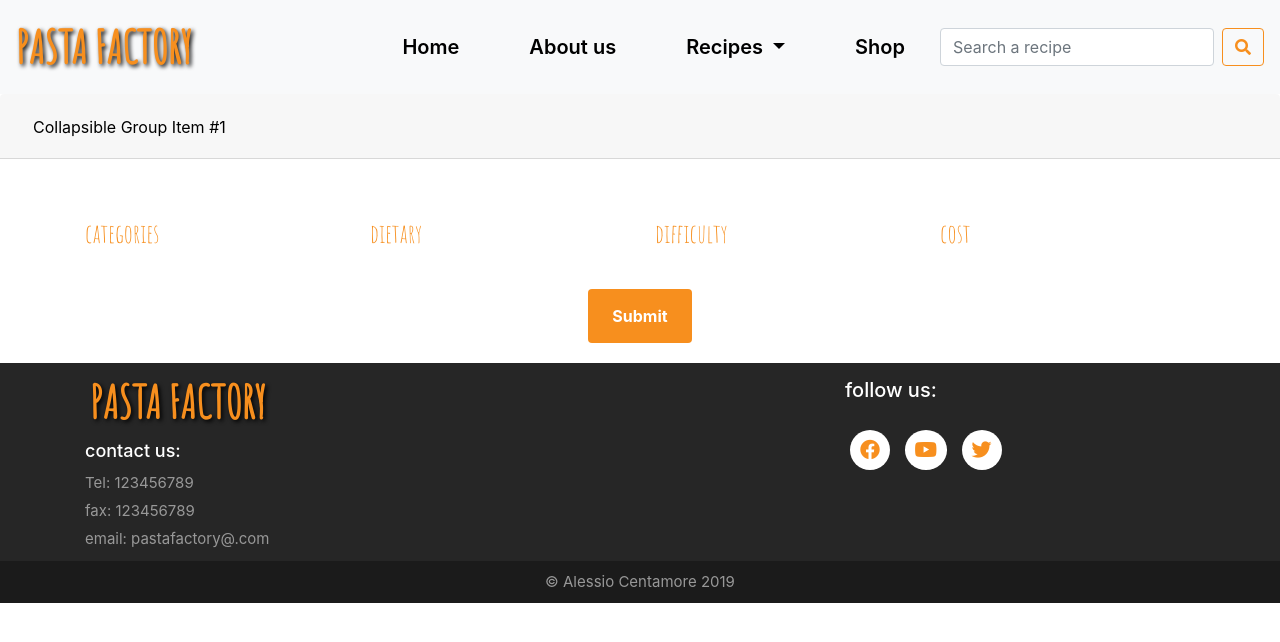
Repository: Baal89/recipe-app
Page: http://localhost/get_recipes
The author's editor kept a record of every edit. The page is drawn from the files as they stood at one moment, then again after the next edit.
The browser window is 1280 px wide. The pictures show the whole page.
Some web libraries are served in a nearby version. The page is served by the project's application, run on Flask 3 (app.py). Queries for data that is not in the repository find no rows.

Above is the page before.
Console error: TypeError: $(...).tooltip is not a function

After the next edit:
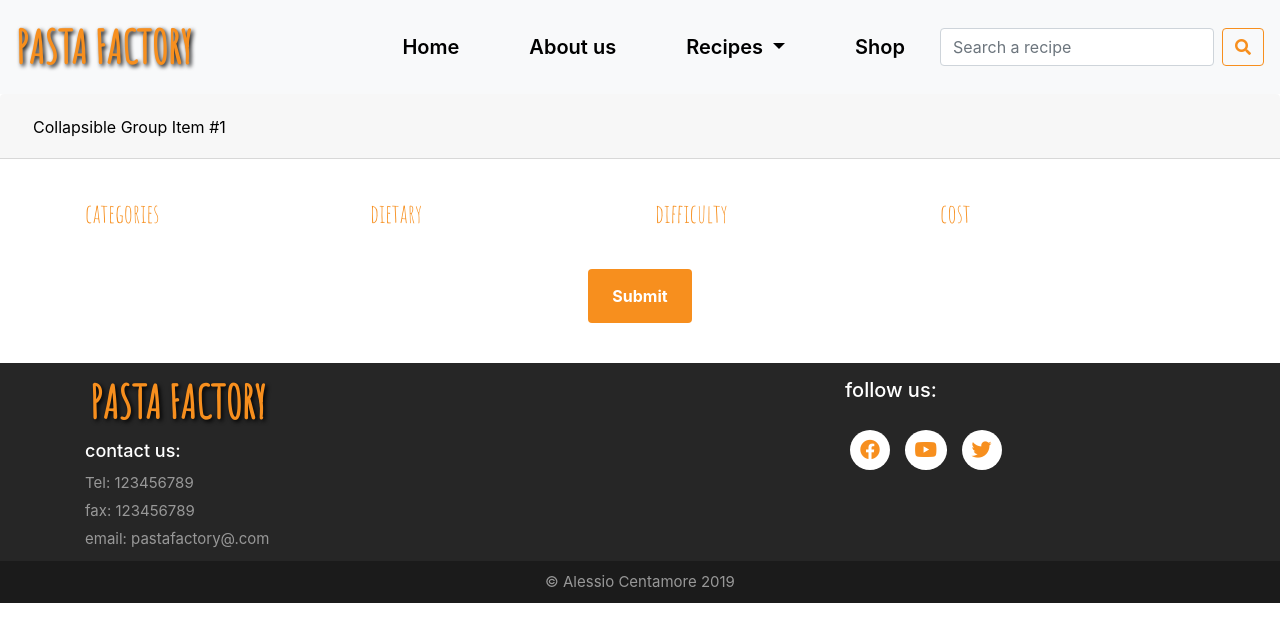
The edit:
--- a/templates/recipes.html
+++ b/templates/recipes.html
@@ -14,66 +14,66 @@
 
             <div id="collapseOne" class="collapse show" aria-labelledby="headingOne" data-parent="#accordionExample">
                 <div class="card-body">
+                    <div class="container">
+                        <form method="POST" action="{{url_for('filter_recipes') }}">
+                            <div class="row">
+                                <div class="col-md-3 col-6">
+                                    <h5 class="filter-header">categories</h5>
 
+                                    {% for category in categories %}
+
+                                    <div class="form-group form-check">
+                                        <input type="checkbox" class="form-check-input" id="exampleCheck1" name="category_name" value="{{category.category_name}}">
+                                        <label class="form-check-label" for="exampleCheck1">{{category.category_name}}</label>
+                                    </div>
+
+                                    {% endfor %}
+                                </div>
+                                <div class="col-md-3 col-6">
+                                    <h5 class="filter-header">dietary</h5>
+
+                                    {% for type in types %}
+
+                                    <div class="form-group form-check">
+                                        <input type="checkbox" class="form-check-input" id="exampleCheck1" name="type_name" value="{{type.name}}">
+                                        <label class="form-check-label" for="exampleCheck1">{{type.name}}</label>
+                                    </div>
+
+                                    {% endfor %}
+                                </div>
+                                <div class="col-md-3 col-6">
+                                    <h5 class="filter-header">difficulty</h5>
+
+                                    {% for difficult in difficulties %}
+
+                                    <div class="form-group form-check">
+                                        <input type="checkbox" class="form-check-input" id="exampleCheck1" name="difficult_level" value="{{difficult.level}}">
+                                        <label class="form-check-label" for="exampleCheck1">{{difficult.level}}</label>
+                                    </div>
+
+                                    {% endfor %}
+                                </div>
+                                <div class="col-md-3 col-6">
+                                    <h5 class="filter-header">cost</h5>
+                                    {% for price in prices %}
+
+                                    <div class="form-group form-check">
+                                        <input type="checkbox" class="form-check-input" id="exampleCheck1" name="price_amount" value="{{price.amount}}">
+                                        <label class="form-check-label" for="exampleCheck1">{{price.amount}}</label>
+                                    </div>
+
+                                    {% endfor %}
+                                </div>
+                            </div>
+                            <div class="text-center">
+                                <button type="submit" class="nav-button">Submit</button>
+                            </div>
+                        </form>
+                    </div>
                 </div>
             </div>
         </div>
-        <div class="container">
-            <form method="POST" action="{{url_for('filter_recipes') }}">
-                <div class="row">
-                    <div class="col-md-3 col-6">
-                        <h5 class="filter-header">categories</h5>
 
-                        {% for category in categories %}
-
-                        <div class="form-group form-check">
-                            <input type="checkbox" class="form-check-input" id="exampleCheck1" name="category_name" value="{{category.category_name}}">
-                            <label class="form-check-label" for="exampleCheck1">{{category.category_name}}</label>
-                        </div>
-
-                        {% endfor %}
-                    </div>
-                    <div class="col-md-3 col-6">
-                        <h5 class="filter-header">dietary</h5>
-
-                        {% for type in types %}
-
-                        <div class="form-group form-check">
-                            <input type="checkbox" class="form-check-input" id="exampleCheck1" name="type_name" value="{{type.name}}">
-                            <label class="form-check-label" for="exampleCheck1">{{type.name}}</label>
-                        </div>
-
-                        {% endfor %}
-                    </div>
-                    <div class="col-md-3 col-6">
-                        <h5 class="filter-header">difficulty</h5>
-
-                        {% for difficult in difficulties %}
-
-                        <div class="form-group form-check">
-                            <input type="checkbox" class="form-check-input" id="exampleCheck1" name="difficult_level" value="{{difficult.level}}">
-                            <label class="form-check-label" for="exampleCheck1">{{difficult.level}}</label>
-                        </div>
-
-                        {% endfor %}
-                    </div>
-                    <div class="col-md-3 col-6">
-                        <h5 class="filter-header">cost</h5>
-                        {% for price in prices %}
-
-                        <div class="form-group form-check">
-                            <input type="checkbox" class="form-check-input" id="exampleCheck1" name="price_amount" value="{{price.amount}}">
-                            <label class="form-check-label" for="exampleCheck1">{{price.amount}}</label>
-                        </div>
-
-                        {% endfor %}
-                    </div>
-                </div>
-                <div class="text-center">
-                    <button type="submit" class="nav-button">Submit</button>
-                </div>
-            </form>
-        </div>
 </section>
 
 {% for recipe in recipes %}
